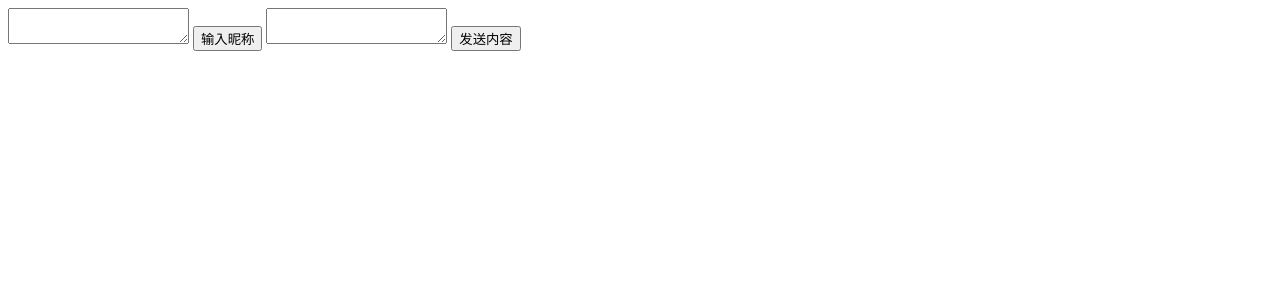
Repository: wyy511/node-socket.io
Page: client.html
The author's editor kept a copy of each file at every save. The page is drawn from the files as they stood at one save, then again after the next save.
The browser window is 1280 px wide. The pictures show the whole page.
The page's requests for data from a server got no answer. Some web libraries are served in a nearby version.

Above is the page before, as saved 2019-11-20 21:25:53.

### client.html
<!DOCTYPE html>
<html lang="en">
<head>
  <meta charset="UTF-8">
  <meta name="viewport" content="width=device-width, initial-scale=1.0">
  <meta http-equiv="X-UA-Compatible" content="ie=edge">
  <title>吴瑶瑶的聊天室</title>
</head>
<body>
  <textarea id="name"></textarea>
  <button id="nameBtn">输入昵称</button>
  <textarea id="msg"></textarea>
  <button id="msgBtn">发送内容</button>
  <script type="text/javascript" src="https://cdn.bootcss.com/socket.io/2.3.0/socket.io.js"></script>
  <script type="text/javascript">
    var socket = io.connect('/');
    var name = '';
    const msgBtn = document.getElementById('msgBtn');
    const msgEl = document.getElementById('msg');
    const nameBtn = document.getElementById('nameBtn');
    const nameEl = document.getElementById('name');
    nameBtn.onclick = () => {
      const val = nameEl.value;
      if (!val) return;
      name = val;
      socket.emit('changeName', {name});
      nameEl.value = '';
    }
    // 如果客户端监听到socket消息，那么执行这个方法里的回调，且得到广播的消息
    socket.on("changeName", (msg) => {
      if (!msg) return;
      var p = document.createElement("p");
      p.innerText = msg;
      document.body.appendChild(p);
    })
    msgBtn.onclick = () => {
      const val = msgEl.value;
      if (!val) return;
      socket.emit('chat', val);
      msgEl.value = '';
    }
    // 如果客户端监听到socket消息，那么执行这个方法里的回调，且得到广播的消息
    socket.on("chat", (msg) => {
      if (!msg) return;
      var p = document.createElement("p");
      p.innerText = msg;
      document.body.appendChild(p);
    })
  </script>
</body>
</html>

After the next save:
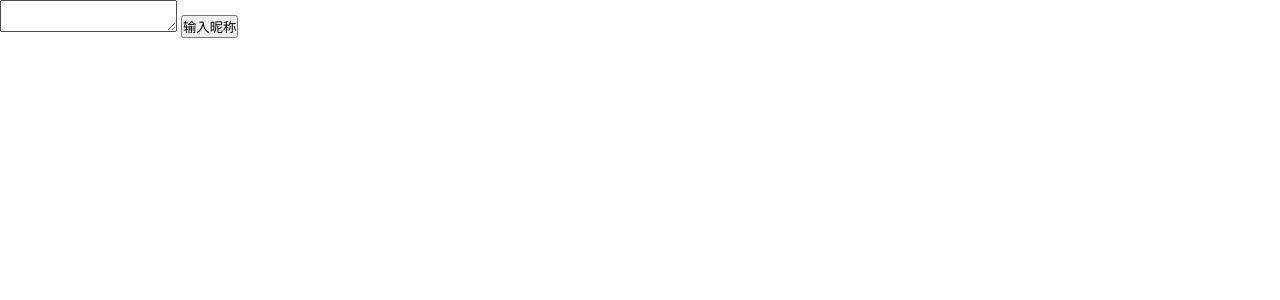
Saved 2 min 40 s later.
--- a/client.html
+++ b/client.html
@@ -5,12 +5,23 @@
   <meta name="viewport" content="width=device-width, initial-scale=1.0">
   <meta http-equiv="X-UA-Compatible" content="ie=edge">
   <title>吴瑶瑶的聊天室</title>
+  <style>
+    *{
+      margin: 0;
+      padding: 0;
+    }
+    #msgBox {
+      display: none;
+    }
+  </style>
 </head>
 <body>
   <textarea id="name"></textarea>
   <button id="nameBtn">输入昵称</button>
-  <textarea id="msg"></textarea>
-  <button id="msgBtn">发送内容</button>
+  <div id="msgBox">
+    <textarea id="msg"></textarea>
+    <button id="msgBtn">发送内容</button>
+  </div>
   <script type="text/javascript" src="https://cdn.bootcss.com/socket.io/2.3.0/socket.io.js"></script>
   <script type="text/javascript">
     var socket = io.connect('/');
@@ -19,12 +30,14 @@
     const msgEl = document.getElementById('msg');
     const nameBtn = document.getElementById('nameBtn');
     const nameEl = document.getElementById('name');
+    const msgBox = document.getElementById('msgBox');
     nameBtn.onclick = () => {
       const val = nameEl.value;
       if (!val) return;
       name = val;
       socket.emit('changeName', {name});
       nameEl.value = '';
+      msgBox.style.display = 'block';
     }
     // 如果客户端监听到socket消息，那么执行这个方法里的回调，且得到广播的消息
     socket.on("changeName", (msg) => {
